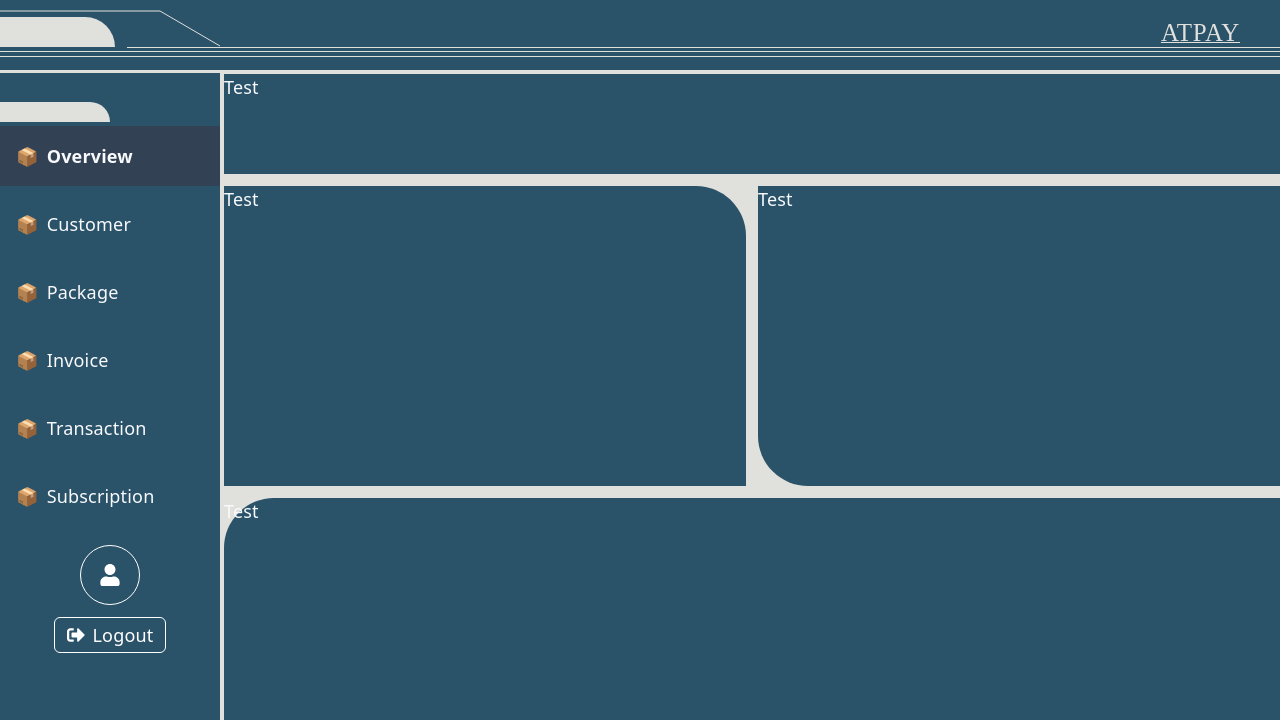
Repository: Farazdaq/stripe-payment-integration
Page: /dashboard (app in stripe-integration-react-dashboard/)
An editor plug-in stored every save of this project. The page is shown before and after the next save, followed by the edit.
The browser window is 1280 px wide. The pictures show the whole page.
An inner scrolling area shows only its first screen. Some web fonts or font styles are not loaded; a fallback is used. The project was rebuilt for these pictures with package versions that can differ from the ones it lists, and the page was loaded fresh each time. Also part of the build but not shown: stripe-integration-react-dashboard/vite.config.ts, stripe-integration-react-dashboard/src/App.css, stripe-integration-react-dashboard/src/features/dashboard/pages/Customer.tsx, stripe-integration-react-dashboard/src/features/dashboard/pages/Package.tsx, stripe-integration-react-dashboard/src/features/dashboard/pages/Invoice.tsx, stripe-integration-react-dashboard/src/features/dashboard/pages/Transaction.tsx, stripe-integration-react-dashboard/src/features/dashboard/pages/Subscription.tsx.

Above is the page before, as saved 2026-05-13 16:10:41.

### stripe-integration-react-dashboard/index.html
<!doctype html>
<html lang="en">
  <head>
    <meta charset="UTF-8" />
    <link rel="icon" type="image/svg+xml" href="/favicon.svg" />
    <meta name="viewport" content="width=device-width, initial-scale=1.0" />
    <title>web-app</title>
  </head>
  <body>
    <div id="root"></div>
    <script type="module" src="/src/main.tsx"></script>
  </body>
</html>

### stripe-integration-react-dashboard/src/index.css
@import url("https://fonts.googleapis.com/css2?family=Chonburi&display=swap");
@tailwind base;
@tailwind components;
@tailwind utilities;

/* =========================
   THEME VARIABLES
========================= */
:root {
  --text: #6b6375;
  --text-h: #08060d;
  --bg: #ffffff;
  --border: #e5e4e7;
  --code-bg: #f4f3ec;

  --accent: #aa3bff;
  --accent-bg: rgba(170, 59, 255, 0.1);
  --accent-border: rgba(170, 59, 255, 0.5);

  --social-bg: rgba(244, 243, 236, 0.5);

  --shadow:
    rgba(0, 0, 0, 0.1) 0 10px 15px -3px, rgba(0, 0, 0, 0.05) 0 4px 6px -2px;

  --sans: system-ui, "Segoe UI", Roboto, sans-serif;
  --heading: system-ui, "Segoe UI", Roboto, sans-serif;
  --mono: ui-monospace, Consolas, monospace;
}

/* =========================
   DARK MODE (system-based)
   ⚠️ later you can replace with .dark class
========================= */
@media (prefers-color-scheme: dark) {
  :root {
    --text: #9ca3af;
    --text-h: #f3f4f6;
    --bg: #16171d;
    --border: #2e303a;
    --code-bg: #1f2028;

    --accent: #c084fc;
    --accent-bg: rgba(192, 132, 252, 0.15);
    --accent-border: rgba(192, 132, 252, 0.5);

    --social-bg: rgba(47, 48, 58, 0.5);

    --shadow:
      rgba(0, 0, 0, 0.4) 0 10px 15px -3px, rgba(0, 0, 0, 0.25) 0 4px 6px -2px;
  }
}

/* =========================
   ROOT FIX (IMPORTANT)
   THIS FIXES YOUR LAYOUT ISSUE
========================= */
#root {
  width: 100%;
  min-height: 100vh;
  margin: 0;
  display: flex;
  flex-direction: column;
  box-sizing: border-box;
}

/* =========================
   GLOBAL RESET
========================= */
body {
  margin: 0;
  background: var(--bg);
  color: var(--text);
  font: 18px/145% var(--sans);
  letter-spacing: 0.18px;
  -webkit-font-smoothing: antialiased;
  -moz-osx-font-smoothing: grayscale;
}

/* =========================
   TYPOGRAPHY
========================= */
h1,
h2 {
  font-family: var(--heading);
  font-weight: 500;
  color: var(--text-h);
}

h1 {
  font-size: 56px;
  letter-spacing: -1.68px;
  margin: 32px 0;
}

h2 {
  font-size: 24px;
  line-height: 118%;
  letter-spacing: -0.24px;
  margin: 0 0 8px;
}

p {
  margin: 0;
}

/* =========================
   CODE BLOCKS
========================= */
code,
.counter {
  font-family: var(--mono);
  display: inline-flex;
  border-radius: 4px;
  color: var(--text-h);
}

code {
  font-size: 15px;
  line-height: 135%;
  padding: 4px 8px;
  background: var(--code-bg);
}

### stripe-integration-react-dashboard/src/App.tsx
import "./App.css";
import { RouterProvider } from "react-router-dom";
import { router } from "./routes";
import { ThemeProvider } from "./theme/ThemeProvider";
import "./i18n/i18n";

function App() {
  return (
    <ThemeProvider>
      <RouterProvider router={router} />
    </ThemeProvider>
  );
}

export default App;

### stripe-integration-react-dashboard/src/routes.tsx
import { createBrowserRouter } from "react-router-dom"; // Import the necessary components for routing
import DashboardLayout from "./features/dashboard/layout/DashboardLayout"; // Import the layout component for the dashboard, which will be used as a wrapper for the child routes.

// Define the router configuration using createBrowserRouter
// The router is structured as follows:
// - The root path ("/") uses the DashboardLayout component as its element.
// - The DashboardLayout component has child routes
// - The index route ("/") renders the DashboardPage component.

export const router = createBrowserRouter([
  // MAIN APP
  {
    path: "/",
    element: "App page",
  },

  // DASHBOARD
  {
    path: "/dashboard",
    element: <DashboardLayout />,
  },
]);

### stripe-integration-react-dashboard/src/theme/ThemeProvider.tsx
import { useState } from "react";
import type { ReactNode } from "react";
import { themes } from "./theme.config";
import { ThemeContext, type ThemeMode } from "./theme.context";

type Props = {
  children: ReactNode;
};

export function ThemeProvider({ children }: Props) {
  const [mode, setMode] = useState<ThemeMode>("dark");

  const theme = themes[mode];

  return (
    <ThemeContext.Provider value={{ mode, setMode, theme }}>
      <div
        style={{
          backgroundColor: theme.colors.bg,
          color: theme.colors.text,
          minHeight: "100vh",
          transition: "0.3s ease",
        }}
      >
        {children}
      </div>
    </ThemeContext.Provider>
  );
}

### stripe-integration-react-dashboard/src/i18n/i18n.ts
import i18n from "i18next";
import { initReactI18next } from "react-i18next";

import en from "./locales/en.json";
import ar from "./locales/ar.json";

i18n.use(initReactI18next).init({
  resources: {
    en: { translation: en },
    ar: { translation: ar },
  },

  lng: "en",
  fallbackLng: "en",

  interpolation: {
    escapeValue: false,
  },
});

export default i18n;

### stripe-integration-react-dashboard/src/features/dashboard/layout/DashboardLayout.tsx
import { useState } from "react";
import { useTheme } from "../../../theme/useTheme";

import {
  Navbar,
  Sidebar,
  Overview,
  Customer,
  Package,
  Invoice,
  Transaction,
  Subscription,
} from "./export.ts";

export default function DashboardLayout() {
  const { theme } = useTheme();
  const [activePage, setActivePage] = useState("overview");

  return (
    <div
      className="flex flex-col w-screen h-screen overflow-hidden"
      style={{
        backgroundColor: theme.colors.bg,
      }}
    >
      {/* TOP NAVBAR */}
      <div className="shrink-0">
        <Navbar />
      </div>

      {/* BODY */}
      <div className="flex flex-1 min-h-0 overflow-hidden">
        {/* SIDEBAR */}
        <div className="h-full shrink-0">
          <Sidebar active={activePage} setActive={setActivePage} />
        </div>

        {/* MAIN CONTENT */}
        <main className="flex-1 h-full overflow-y-auto overflow-x-hidden pt-1 pl-1">
          <div className="min-h-full">
            {activePage === "overview" && <Overview />}
            {activePage === "customer" && <Customer />}
            {activePage === "package" && <Package />}
            {activePage === "invoice" && <Invoice />}
            {activePage === "transaction" && <Transaction />}
            {activePage === "subscription" && <Subscription />}
          </div>
        </main>
      </div>
    </div>
  );
}

### stripe-integration-react-dashboard/src/theme/theme.config.ts
export const themes = {
  light: {
    colors: {
      bg: "#f9fafb",
      text: "#111827",
      containerCopBackgroundColor: "#2A5269",
      borderColor: "#111827",
      sidebar: "#ffffff",
      navbar: "#ffffff",
      border: "#e5e7eb",
    },
  },

  dark: {
    colors: {
      bg: "#E0E0DD",
      text: "#f8fafc",
      containerCopBackgroundColor: "#2A5269",
      borderColor: "#111827",
      sidebar: "#2A5269",
      navbar: "#2A5269",
      border: "#334155",
    },
  },
};

### stripe-integration-react-dashboard/src/theme/theme.context.ts
import { createContext } from "react";
import { themes } from "./theme.config";

export type ThemeMode = "light" | "dark";

// 👇 infer theme structure from your config
export type Theme = (typeof themes)["light"];

export type ThemeContextType = {
  mode: ThemeMode;
  setMode: (mode: ThemeMode) => void;
  theme: Theme;
};

export const ThemeContext = createContext<ThemeContextType | null>(null);

### stripe-integration-react-dashboard/src/theme/useTheme.ts
import { useContext } from "react";
import { ThemeContext } from "./theme.context";

export function useTheme() {
  const context = useContext(ThemeContext);

  if (!context) {
    throw new Error("useTheme must be used inside ThemeProvider");
  }

  return context;
}

### stripe-integration-react-dashboard/src/features/dashboard/layout/export.ts
export { default as Navbar } from "./Navbar";
export { default as Sidebar } from "./Sidebar/Sidebar";

export { default as Overview } from "../pages/Overview";
export { default as Customer } from "../pages/Customer";
export { default as Package } from "../pages/Package";
export { default as Invoice } from "../pages/Invoice";
export { default as Transaction } from "../pages/Transaction";
export { default as Subscription } from "../pages/Subscription";

### stripe-integration-react-dashboard/src/features/dashboard/layout/Navbar.tsx
import { useTheme } from "../../../theme/useTheme";
import ThemeSwitch from "../../../components/ThemeSwitch";
import LanguageDropdown from "../../../components/LanguageDropdown";
import LineShaper from "../../../components/LineShaper";
import LineDivider from "../../../components/LineDivider";

export default function Navbar() {
  const { theme } = useTheme();

  return (
    <div
      className="relative w-screen h-[40px] md:h-[50px] lg:h-[70px]"
      style={{
        paddingTop: "10px",
        background: theme.colors.navbar,
      }}
    >
      {/* Title */}
      <p
        className="absolute right-10 top-5 text-[25px] underline underline-offset-1 decoration-[1px] tracking-wide font-['Chonburi']"
        style={{ color: "#E0E0DD" }}
      >
        ATPAY
      </p>

      <div className="flex flex-col gap-1 md:gap-1">
        <div style={{ height: "3px", overflow: "visible" }}>
          <LineDivider
            color="#E0E0DD"
            thickness="1px"
            points={[{ x: 0, y: 0 }, { x: 160, y: 0 }, { d: 35 }]}
          />

          <div className="ml-[9.9%] mb-1">
            <LineDivider color="#E0E0DD" thickness="1px" />
          </div>
        </div>

        <LineShaper
          color="#E0E0DD"
          thickness={30}
          length={"9%"}
          radiusRightTop={50}
        />

        <LineDivider color="#E0E0DD" thickness="0.9px" />
        <LineDivider color="#E0E0DD" thickness="0.9px" />
      </div>
    </div>
  );
}

### stripe-integration-react-dashboard/src/features/dashboard/layout/Sidebar/Sidebar.tsx
import AccountController from "../../../../components/AccountController";
import LineShaper from "../../../../components/LineShaper";
import { useTheme } from "../../../../theme/useTheme";
import { sidebarItems } from "./sidebar.config";

type SidebarItem = {
  key: string;
  label: string;
};

type SidebarProps = {
  active: string;
  setActive: (key: string) => void;
};

export default function Sidebar({ active, setActive }: SidebarProps) {
  const { theme } = useTheme();

  return (
    <div
      className="w-[80px] md:w-[220px] min-h-screen pt-[4vh] mt-[0.4vh] py-2.5 transition-all duration-300 shrink-0"
      style={{ background: theme.colors.sidebar }}
    >
      <LineShaper
        color="#E0E0DD"
        thickness={20}
        length={"50%"}
        marginBottom={4}
        radiusRightTop={50}
      />
      {sidebarItems.map((item: SidebarItem) => {
        const isActive = active === item.key;

        return (
          <div key={item.key} className="flex">
            <button
              onClick={() => setActive(item.key)}
              className="w-full mb-2 cursor-pointer flex items-center justify-center md:justify-start gap-0 md:gap-2 p-3 md:p-4 transition-all duration-200"
              style={{
                background: isActive ? theme.colors.border : "transparent",
                color: theme.colors.text,
                fontWeight: isActive ? "600" : "400",
              }}
            >
              {/* Icon */}
              <span className="text-2xl md:text-lg flex items-center justify-center w-full md:w-auto">
                📦
              </span>

              {/* Label */}
              <div className="hidden md:inline text-base lg:text-lg">
                {item.label}
              </div>
            </button>
          </div>
        );
      })}

      <div className=" mt-[5%]">
        <AccountController
          isLogIn={true}
          direction="column"
          imagePosition="top"
        />
      </div>
    </div>
  );
}

### stripe-integration-react-dashboard/src/features/dashboard/pages/Overview.tsx
import { useTranslation } from "react-i18next";
import ContainerComp from "../../../components/ContainerComp";
import LineChartComp from "../../../components/LineChartComp";

function MockComponent() {
  return <div>Test</div>;
}
export default function Overview() {
  const { t } = useTranslation();

  return (
    <div className="flex flex-col gap-3 md:gap-3 pt-[0.3px] md:pt-[0.3px]">
      {/* Top containers */}
      <ContainerComp height={100} componentDisplay={<MockComponent />} />

      {/* Bottom horizontal containers */}
      <div className="flex flex-col md:flex-row gap-3 md:gap-3">
        <div className="flex-1">
          <ContainerComp
            radiusRightTop={50}
            height={300}
            componentDisplay={<MockComponent />}
          />
        </div>

        <div className="flex-1">
          <ContainerComp
            radiusLeftBottom={50}
            height={300}
            componentDisplay={<MockComponent />}
          />
        </div>
      </div>
      <ContainerComp
        radiusLeftTop={50}
        height={456}
        componentDisplay={<MockComponent />}
      />
    </div>
  );
}

### stripe-integration-react-dashboard/src/components/LineShaper.tsx
// ==========================================
// LineShaper Component
// ------------------------------------------
// Reusable horizontal line component that
// supports:
// - custom thickness
// - custom width/length
// - rounded corners
// - optional margins
// ==========================================
type LineShaperProps = {
  color?: string;
  radiusLeftTop?: number;
  radiusLeftBottom?: number;
  radiusRightTop?: number;
  radiusRightBottom?: number;
  thickness?: number;
  length?: number | string;

  marginTop?: number | string;
  marginBottom?: number | string;
  marginLeft?: number | string;
  marginRight?: number | string;
};

// get the margin props
// Creates a clean margin style object.
function getMargins({
  marginTop,
  marginBottom,
  marginLeft,
  marginRight,
}: Pick<
  LineShaperProps,
  "marginTop" | "marginBottom" | "marginLeft" | "marginRight"
>) {
  return {
    marginTop,
    marginBottom,
    marginLeft,
    marginRight,
  };
}

// get border props
// Creates border radius style object.
function getBorderRadius({
  radiusLeftTop,
  radiusLeftBottom,
  radiusRightTop,
  radiusRightBottom,
}: Pick<
  LineShaperProps,
  "radiusLeftTop" | "radiusLeftBottom" | "radiusRightTop" | "radiusRightBottom"
>) {
  return {
    borderTopLeftRadius: radiusLeftTop,
    borderBottomLeftRadius: radiusLeftBottom,
    borderTopRightRadius: radiusRightTop,
    borderBottomRightRadius: radiusRightBottom,
  };
}

// shape the line to get line with targe shape
// Main UI renderer.
export default function LineShaper({
  color = "#000",
  radiusLeftTop = 0,
  radiusLeftBottom = 0,
  radiusRightTop = 0,
  radiusRightBottom = 0,
  thickness = 2,
  length = "100%",
  marginTop,
  marginBottom,
  marginLeft,
  marginRight,
}: LineShaperProps) {
  const margins = getMargins({
    marginTop,
    marginBottom,
    marginLeft,
    marginRight,
  });

  const borderRadius = getBorderRadius({
    radiusLeftTop,
    radiusLeftBottom,
    radiusRightTop,
    radiusRightBottom,
  });

  return (
    <div
      data-testid="lineShaper"
      style={{
        backgroundColor: color,
        height: thickness,
        width: length,
        ...borderRadius,
        ...margins,
      }}
    />
  );
}

### stripe-integration-react-dashboard/src/components/LineDivider.tsx
// independent from line shaper and as normal line separator.
// called to make svg shaped with radius, used mostly to add sort of logo style

type Point = {
  x?: number | string; // allow "100%"
  y?: number;
  d?: number; // relative vertical movement
};

type LineDividerProps = {
  color?: string;
  thickness?: string;
  width?: string;
  margin?: string;
  style?: React.CSSProperties;
  points?: Point[];
};

// main function it returns normal line shaped using div
// or it returns a svg when points and in both cases radius and passed props can be applied
// see example on navbar
export default function LineDivider({
  color = "red",
  thickness = "2px",
  width = "100%",
  margin = "0",
  style = {},
  points,
}: LineDividerProps) {
  // If no points → simple divider
  if (!points || points.length === 0) {
    return (
      <div
        data-testid="lineDivider"
        style={{
          height: thickness,
          width,
          backgroundColor: color,
          margin,
          ...style,
        }}
      />
    );
  }

  // Convert relative points (d) into absolute x,y
  const computedPoints: { x: number | string; y: number }[] = [];

  points.forEach((p, i) => {
    if (i === 0) {
      computedPoints.push({
        x: p.x ?? 0,
        y: p.y ?? 0,
      });
    } else {
      const prev = computedPoints[i - 1];

      computedPoints.push({
        x: p.x ?? (typeof prev.x === "number" ? prev.x + 60 : prev.x),
        y: p.d !== undefined ? prev.y + p.d : (p.y ?? prev.y),
      });
    }
  });

  //  AUTO‑EXTEND LAST POINT TO 100% WIDTH
  const last = computedPoints[computedPoints.length - 1];
  computedPoints.push({
    x: "100%",
    y: last.y,
  });

  // Calculate bounds
  const ys = computedPoints.map((p) => p.y);
  const minY = Math.min(...ys);
  const maxY = Math.max(...ys);

  const lineThickness = parseFloat(thickness) || 2;
  const svgHeight = maxY - minY + lineThickness * 2;

  // Build SVG path
  const path = computedPoints
    .map((p, i) => {
      const x = p.x;
      const y = p.y - minY + lineThickness;
      return `${i === 0 ? "M" : "L"} ${x} ${y}`;
    })
    .join(" ");

  return (
    <svg
      data-testid="lineDivider-svg"
      width="100%"
      height={svgHeight}
      preserveAspectRatio="none"
      style={{ display: "block", margin, ...style }}
    >
      <path d={path} stroke={color} strokeWidth={lineThickness} fill="none" />
    </svg>
  );
}

### stripe-integration-react-dashboard/src/features/dashboard/layout/Sidebar/sidebar.config.ts
export const sidebarItems = [
  {
    key: "overview",
    label: "Overview",
  },

  {
    key: "customer",
    label: "Customer",
  },
  {
    key: "package",
    label: "Package",
  },
  {
    key: "invoice",
    label: "Invoice",
  },
  {
    key: "transaction",
    label: "Transaction",
  },
  {
    key: "subscription",
    label: "Subscription",
  },
];

### stripe-integration-react-dashboard/src/components/ContainerComp.tsx
import { useTheme } from "../theme/useTheme";

type ContainerCompProps = {
  width?: number;
  height?: number;
  radiusAll?: number;
  radiusLeftTop?: number;
  radiusLeftBottom?: number;
  radiusRightTop?: number;
  radiusRightBottom?: number;
  background?: string;
  borderColor?: string;
  border?: boolean;
  stroke?: number;
  componentDisplay: React.ReactNode;
};

export default function ContainerComp({
  width,
  height,
  radiusAll,
  radiusLeftTop,
  radiusLeftBottom,
  radiusRightTop,
  radiusRightBottom,
  background,
  borderColor,
  border,
  stroke,
  componentDisplay: ComponentDisplay,
}: ContainerCompProps) {
  const { theme } = useTheme();
  const style: React.CSSProperties = {
    width,
    height,
    background: background
      ? background
      : theme.colors.containerCopBackgroundColor,
    border: border
      ? `${stroke ?? 1}px solid ${borderColor ? borderColor : theme.colors.borderColor}`
      : undefined,
    borderTopLeftRadius: radiusLeftTop ?? radiusAll,
    borderBottomLeftRadius: radiusLeftBottom ?? radiusAll,
    borderTopRightRadius: radiusRightTop ?? radiusAll,
    borderBottomRightRadius: radiusRightBottom ?? radiusAll,
  };

  return (
    <div data-testid="container1" style={style}>
      {ComponentDisplay}
    </div>
  );
}

Loaded but not shown: stripe-integration-react-dashboard/src/main.tsx (common file); stripe-integration-react-dashboard/tailwind.config.js (common file); stripe-integration-react-dashboard/src/i18n/locales/ar.json (8 lines, source omitted); stripe-integration-react-dashboard/src/i18n/locales/en.json (8 lines, source omitted); stripe-integration-react-dashboard/src/components/AccountController.tsx (189 lines, source omitted)

After the next save:
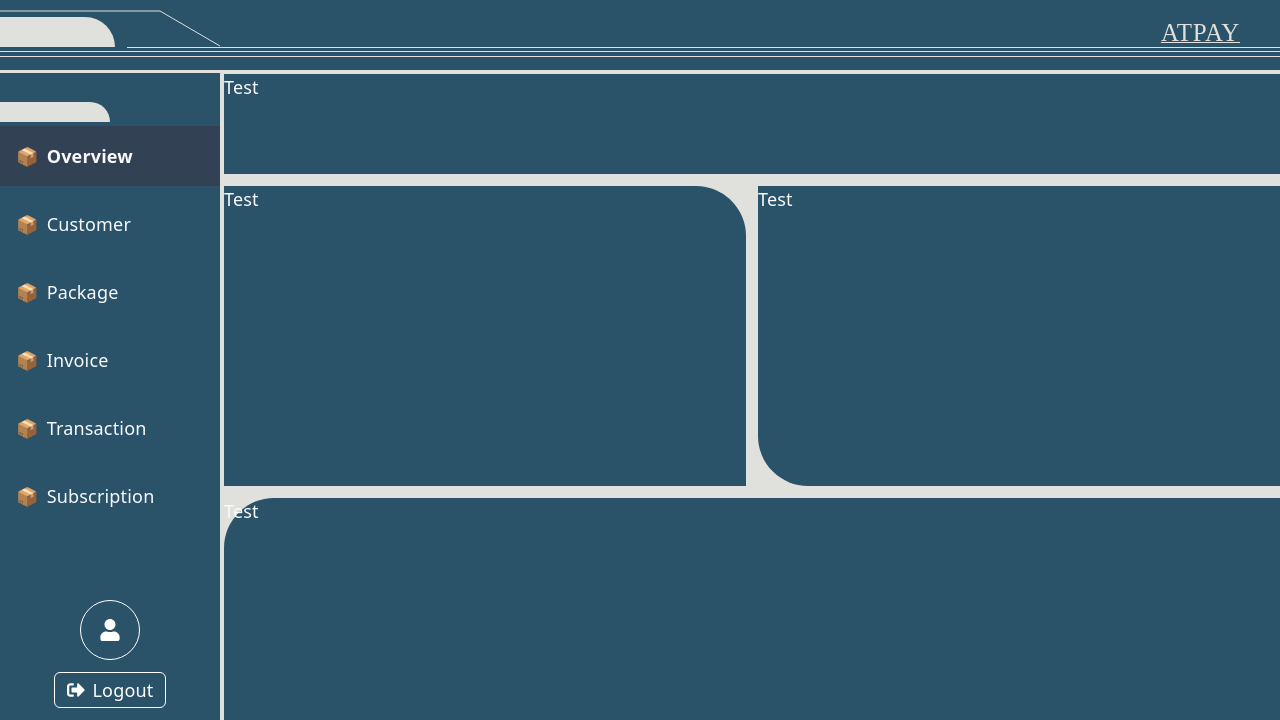
Saved 16 s later.
--- a/stripe-integration-react-dashboard/src/features/dashboard/layout/Sidebar/Sidebar.tsx
+++ b/stripe-integration-react-dashboard/src/features/dashboard/layout/Sidebar/Sidebar.tsx
@@ -56,7 +56,7 @@ export default function Sidebar({ active, setActive }: SidebarProps) {
         );
       })}
 
-      <div className=" mt-[5%]">
+      <div className=" mt-[30%]">
         <AccountController
           isLogIn={true}
           direction="column"
